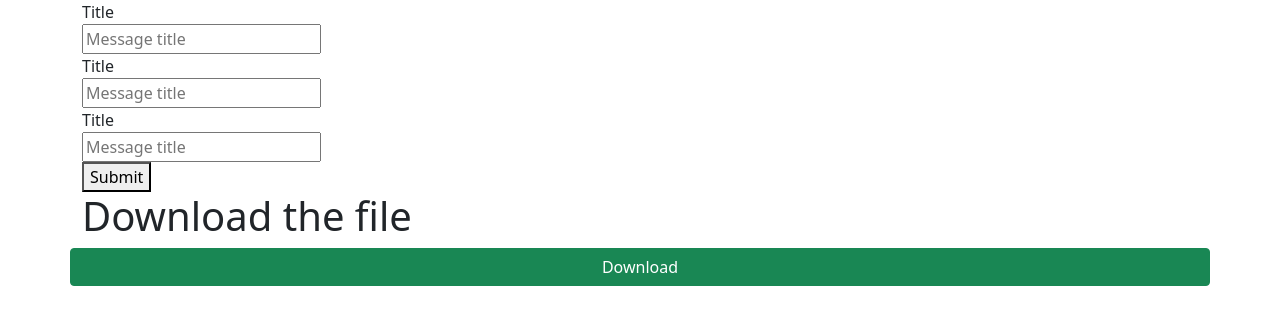
Repository: hselbie/courserator
Page: http://localhost/
An editor plug-in stored every save of this project. The page is shown before and after the next save, followed by the edit.
The browser window is 1280 px wide. The pictures show the whole page.
The page is served by the project's application, run on Flask 3 (app.py).

Above is the page before, as saved 2023-08-17 21:08:12.

### templates/index.html

<!doctype html>
<html lang="en">
  <head>
    <!-- Required meta tags -->
    <meta charset="utf-8">
    <meta name="viewport" content="width=device-width, initial-scale=1">

    <!-- Bootstrap CSS -->
    <link href="https://cdn.jsdelivr.net/npm/bootstrap@5.0.2/dist/css/bootstrap.min.css" rel="stylesheet" integrity="sha384-EVSTQN3/azprG1Anm3QDgpJLIm9Nao0Yz1ztcQTwFspd3yD65VohhpuuCOmLASjC" crossorigin="anonymous">

    <title>Download Flask!</title>
  </head>
  <body>
    <div class="container">
        <div class="row">
          <form method="post">
            <label for="title">Title</label>
            <br>
            <input type="text" name="title"
                   placeholder="Message title"
                   value="{{ request.form['title'] }}"></input>
            <br>
            <label for="title">Title</label>
            <br>
            <input type="text" name="title"
                   placeholder="Message title"
                   value="{{ request.form['title'] }}"></input>
            <br>
            <label for="title">Title</label>
            <br>
            <input type="text" name="title"
                   placeholder="Message title"
                   value="{{ request.form['title'] }}"></input>
            <br>
              <button type="submit">Submit</button>
        </form>
          </form>
          <!-- <form method="POST">
            <label for="shape_name">Enter Shape Name:</label><br>
            <input type="text" id="shape_name" name="shape_name" value="my_first_shape"><br>
            <label for="coords">Enter Shape Coords:</label><br>
            <input type="text" id="coords" name="coords" value="my_first_shape"><br>
            <label for="shape_name">Enter Start Stop Coords:</label><br>
            <input type="text" id="start_coords" name="start_coords" value="my_first_shape"><br>
            <input name="coords" type="submit" placeholder="example format 23.233222, 45.323233">
          </form> -->
            <h1>Download the file</h1>
            <a class="btn btn-success" href="{{url_for('download')}}">Download</a>
        </div>
    </div>
    <script src="https://cdn.jsdelivr.net/npm/bootstrap@5.0.2/dist/js/bootstrap.bundle.min.js" integrity="sha384-MrcW6ZMFYlzcLA8Nl+NtUVF0sA7MsXsP1UyJoMp4YLEuNSfAP+JcXn/tWtIaxVXM" crossorigin="anonymous"></script>
    </body>
</html>

### app.py
from flask import Flask, send_file, url_for, request, jsonify, render_template

app = Flask(__name__)


@app.route('/')
def index():
    return render_template('index.html')

@app.route('/', methods=['POST'])
def my_form_post():
    data_name = request.form['name']
    data_coords = request.form['coords']
    processed_text = data_name.upper()
    return processed_text

@app.route('/download')
def download():
    path = 'output/lower_wilder.kml'
    return send_file(path, as_attachment=True)

if __name__ == '__main__':
    app.run(debug=True, port=8000, host='127.0.0.1')

After the next save:
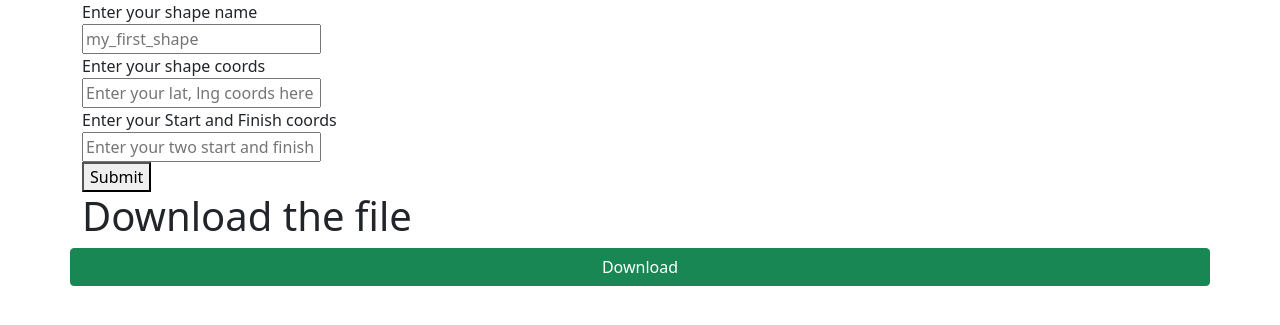
Saved 2 min 27 s later.
--- a/templates/index.html
+++ b/templates/index.html
@@ -15,23 +15,23 @@
     <div class="container">
         <div class="row">
           <form method="post">
-            <label for="title">Title</label>
+            <label for="shape_name">Enter your shape name</label>
             <br>
-            <input type="text" name="title"
-                   placeholder="Message title"
-                   value="{{ request.form['title'] }}"></input>
+            <input type="text" name="shape_name"
+                   placeholder="my_first_shape"
+                   value="{{ request.form['shape_name'] }}"></input>
             <br>
-            <label for="title">Title</label>
+            <label for="shape_coords">Enter your shape coords</label>
             <br>
-            <input type="text" name="title"
-                   placeholder="Message title"
-                   value="{{ request.form['title'] }}"></input>
+            <input type="text" name="shape_coords"
+                   placeholder="Enter your lat, lng coords here"
+                   value="{{ request.form['shape_coords'] }}"></input>
             <br>
-            <label for="title">Title</label>
+            <label for="start_coords">Enter your Start and Finish coords</label>
             <br>
-            <input type="text" name="title"
-                   placeholder="Message title"
-                   value="{{ request.form['title'] }}"></input>
+            <input type="text" name="start_coords"
+                   placeholder="Enter your two start and finish coords here"
+                   value="{{ request.form['start_coords'] }}"></input>
             <br>
               <button type="submit">Submit</button>
         </form>
